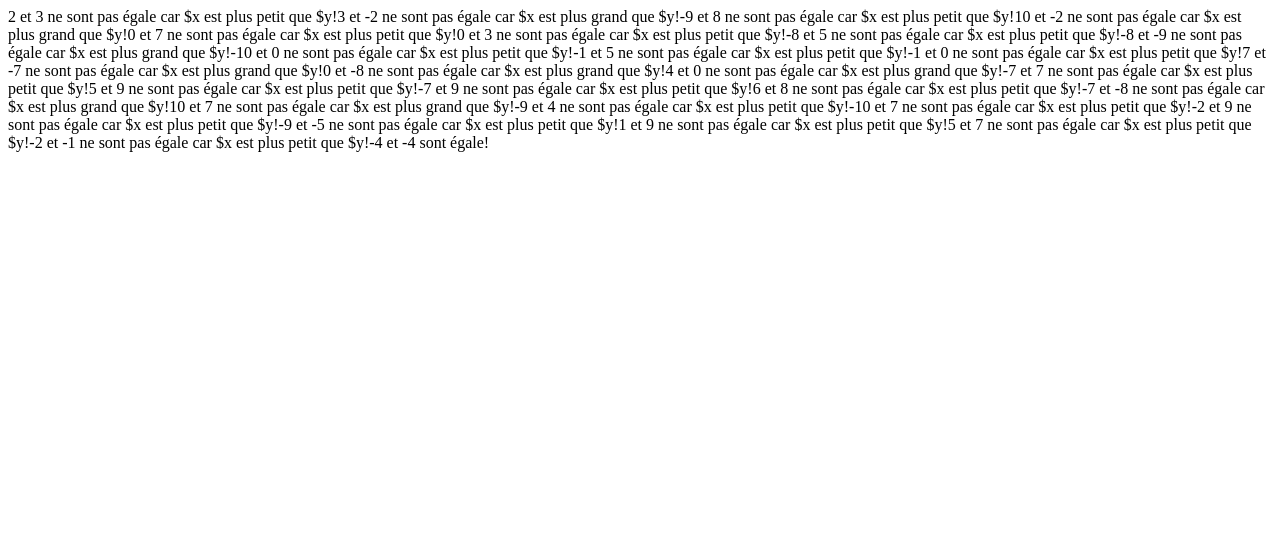
Repository: QuentinFayt/base-php-2021
Page: http://localhost/09-conditions.php
The author's editor kept a copy of each file at every save. The page is drawn from the files as they stood at one save, then again after a run of saves.
The browser window is 1280 px wide. The pictures show the whole page.
The page is run by PHP 8.4 with error messages shown; the project is at /var/www/html/.

Above is the page before, as saved 2021-09-03 09:58:57.

### 09-conditions.php
<?php

do {
    $x = mt_rand(-10, 10);
    $y = mt_rand(-10, 10);
    if ($x === $y) {
        echo "$x et $y sont égale!</br>";
    } else {
        echo "$x et $y ne sont pas égale car";
        $x < $y ? $z = ' $x est plus petit que $y!' : $z = ' $x est plus grand que $y!';
        echo $z;
    }
} while ($x !== $y);

After the next 2 saves:
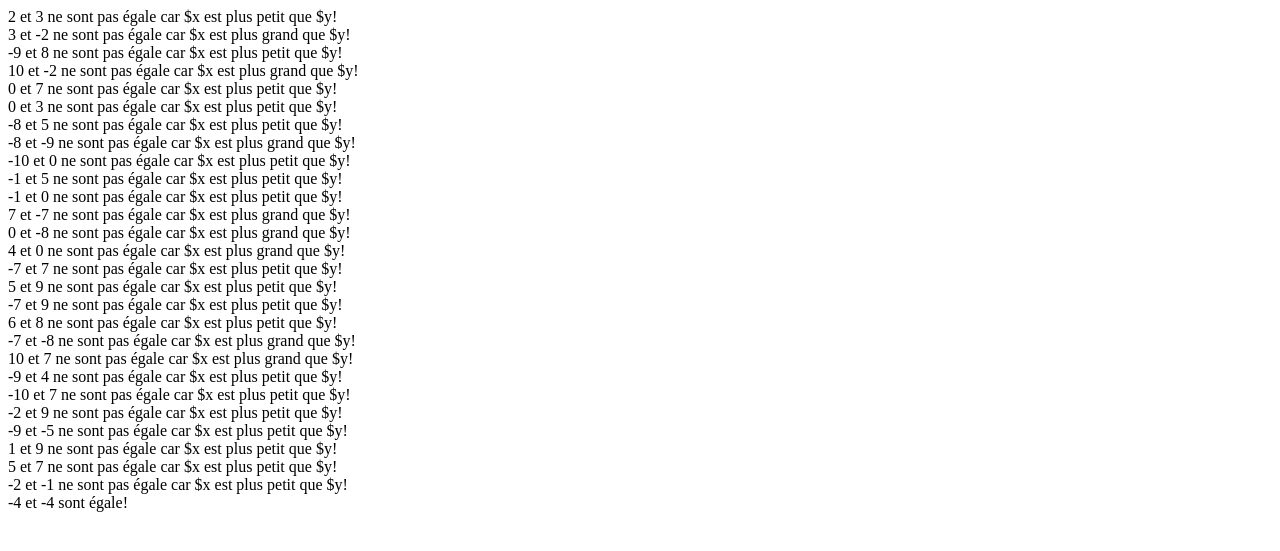
The 2 saves are shown as one change because they came seconds apart.
The last was saved 7 s later.
--- a/09-conditions.php
+++ b/09-conditions.php
@@ -7,7 +7,7 @@ do {
         echo "$x et $y sont égale!</br>";
     } else {
         echo "$x et $y ne sont pas égale car";
-        $x < $y ? $z = ' $x est plus petit que $y!' : $z = ' $x est plus grand que $y!';
+        $x < $y ? $z = ' $x est plus petit que $y!</br>' : $z = ' $x est plus grand que $y!</br>';
         echo $z;
     }
 } while ($x !== $y);
